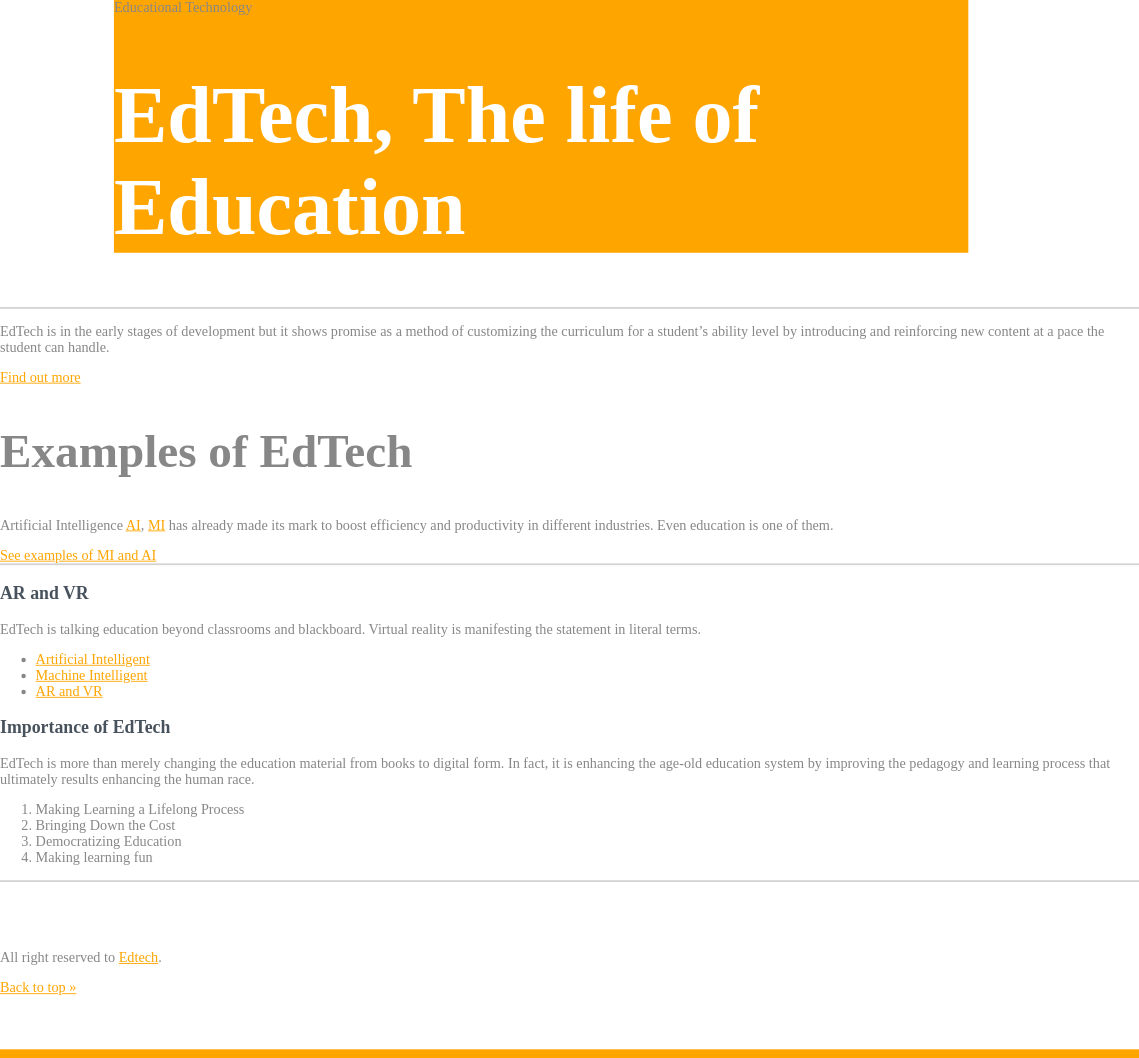
Repository: tunmishyi/edtech
Page: index.html
An editor plug-in stored every save of this project. The page is shown before and after the next save, followed by the edit.
The browser window is 1280 px wide. The pictures show the whole page, at 89% of full size.

Above is the page before, as saved 2020-06-09 22:12:49.

### index.html
<html>
	<head>
		<title>EdTech</title>
		<link rel="stylesheet" href="/home/peterolayinka/Documents/archive/tutorial/jumoke/css/style.css">
	</head>
	<body>
		<header id="top" class="main-header">
			<span class"title">Educational Technology</span>
			<h1>EdTech, The life of Education</h1>
		</header>

		<div class="primary-content, t-border">
			<p>
					EdTech is in the early stages of development but it shows promise as a method of customizing the curriculum for a student’s ability level by introducing and reinforcing new content at a pace the student can handle.
			</p>
			<a href="#more">Find out more</a>
			<h2>Examples of EdTech</h2>
			<p>
				Artificial Intelligence <a href="#">AI</a>, <a href="#">MI</a> has already made its mark to boost efficiency and productivity in different industries. Even education is one of them.
			</p>
			<a href="#" class="callout">See examples of MI and AI</a>
		</div>

		<div class="secondary-content t-border">
			<h3>AR and VR</h3>
				<p>
					EdTech is talking education beyond classrooms and blackboard. Virtual reality is manifesting the statement in literal terms.
				</p>
				<ul>
					<li><a href="#">Artificial Intelligent</a></li>
					<li><a href="#">Machine Intelligent</a></li>
					<li><a href="#">AR and VR</a></li>
				</ul>
				<h3>Importance of EdTech</h3>
				<p>
					EdTech is more than merely changing the education material from books to digital form. In fact, it is enhancing the age-old education system by improving the pedagogy and learning process that ultimately results enhancing the human race.
				</p>
				<ol>
					<li>Making Learning a Lifelong Process</li>
					<li>Bringing Down the Cost</li>
					<li>Democratizing Education</li>
					<li>Making learning fun</li>
				</ol>
			</div>

			<footer id="main-footer" class="t-border">
				<p>All right reserved to <a href="#">Edtech</a>.</p>
				<a href="#top">Back to top &raquo;</a>
			</footer>
	</body>
</html>

### style.css

/*Type Selectors */

body {
   color: #878787;
   margin: 0;
}

h1 {
    font-size: 90px;
    color: white;
    }

    h2 {
        font-size: 53px;
    }

    h3 {
        font-size: 20px;
        color: #48525c;
    }

    /*ID Selectors */

    #main-footer {
        padding-top: 60px;
        padding-bottom: 60px;
        border-bottom: solid 10px orange;
    }

    /*Class Selectors */

    .main-header {
        background-color: orange;
        width: 960px;
        margin-left: 10%;
    }

    .title {
        color: white;
        font-size: 26px;
    }

    .primary-content {
        text-align: center;
    }

    .t-border {
        border-top: 2px solid lightgrey;
    }

    a:link {
        color: orange;
    }

    a:visited {
        color: lightblue;
    }

    a:hover {
        color: forestgreen;
    }

    a:active {
        color: lightcoral;
    }

    a:focus {
        color: white;
        background-color: orange;
    }

After the next save:
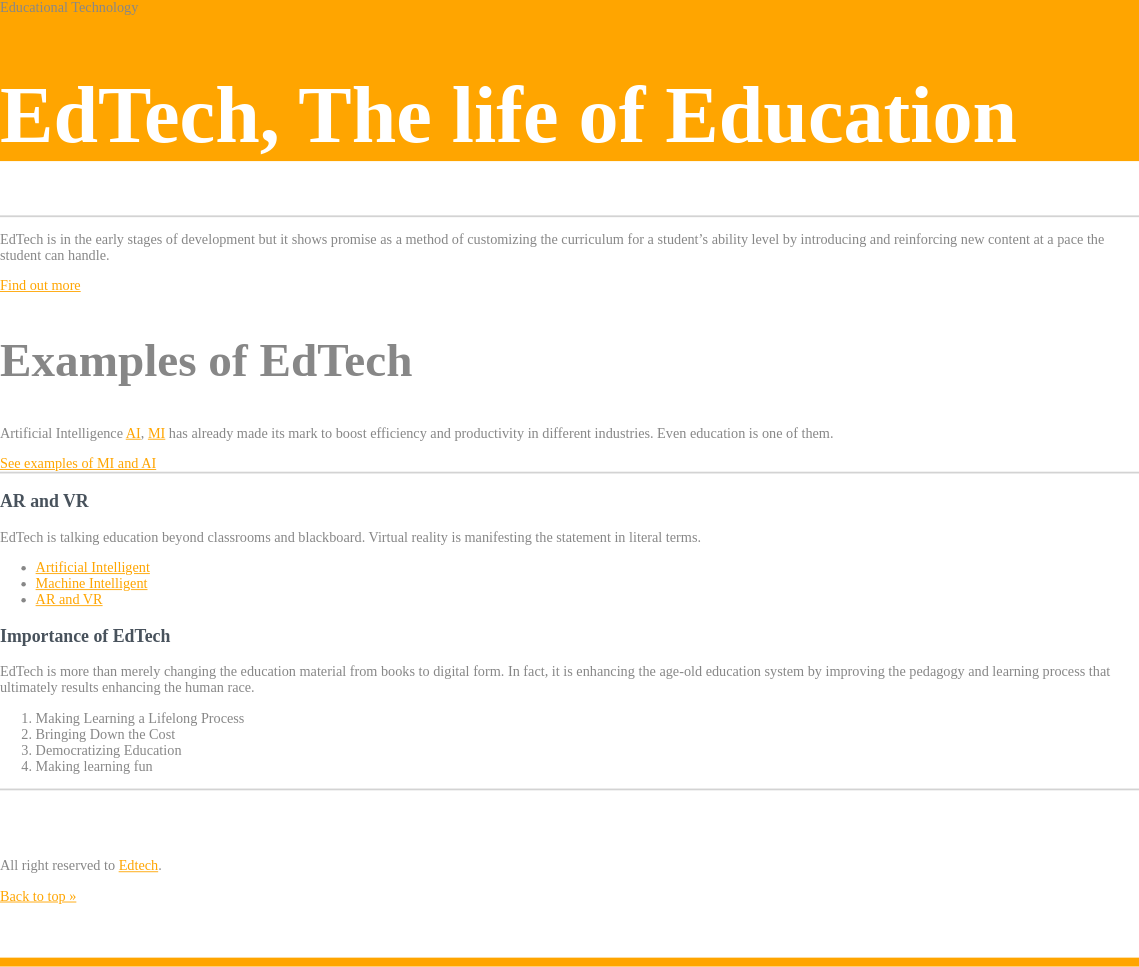
Saved 3 min 34 s later.
--- a/style.css
+++ b/style.css
@@ -32,8 +32,6 @@ h1 {
 
     .main-header {
         background-color: orange;
-        width: 960px;
-        margin-left: 10%;
     }
 
     .title {
